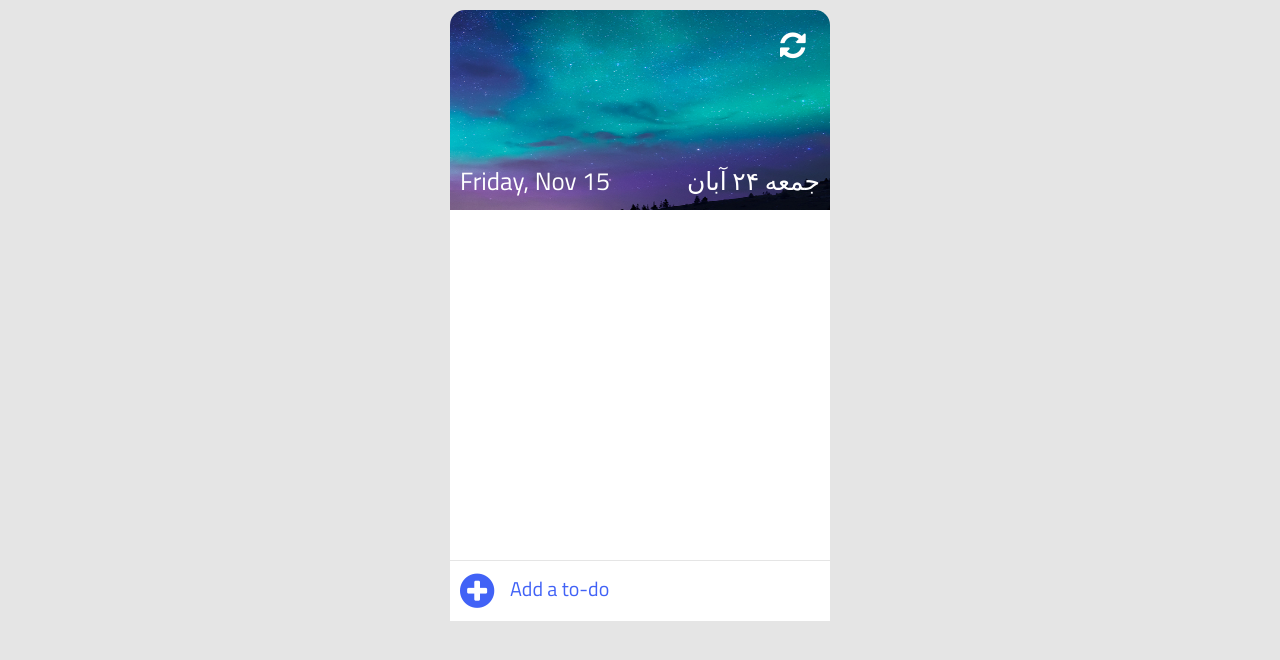
Repository: abouzarSoleymani/todo-js
Page: index.html
These files come from the project's save history. The page is drawn as it stood at one moment and after the next save; the edit follows.
The browser window is 1280 px wide. The pictures show the whole page.
Some web libraries are served in a nearby version.

Above is the page before, as saved 2019-11-15 13:21:19.

After the next save:
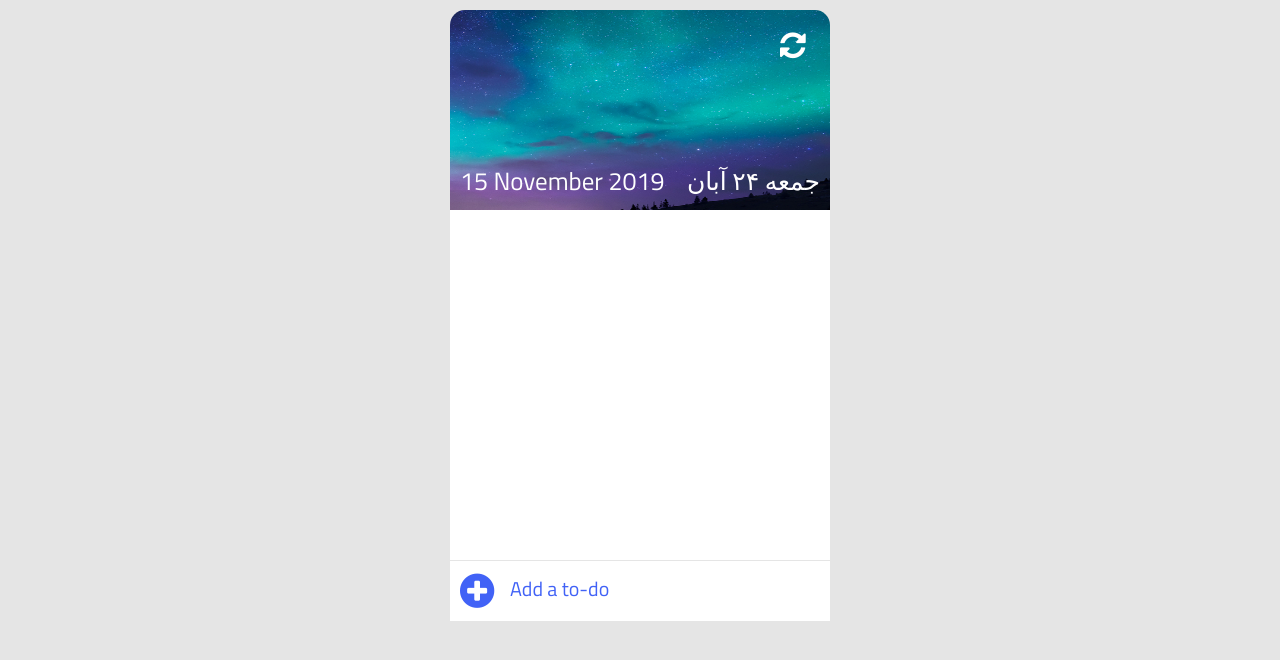
Saved 8 s later.
--- a/js/app.js
+++ b/js/app.js
@@ -48,7 +48,7 @@ const optionsFA = { weekday : "long", month:"short", day:"numeric"};
 const today = new Date();
 var formatted = moment(today).format('D MMMM YYYY');
 
-dateElementEN.innerHTML = today.toLocaleDateString("en-US", optionsEN);
+dateElementEN.innerHTML = formatted;
 dateElementFA.innerHTML = today.toLocaleDateString("fa", optionsFA);
 
 // add to do function
